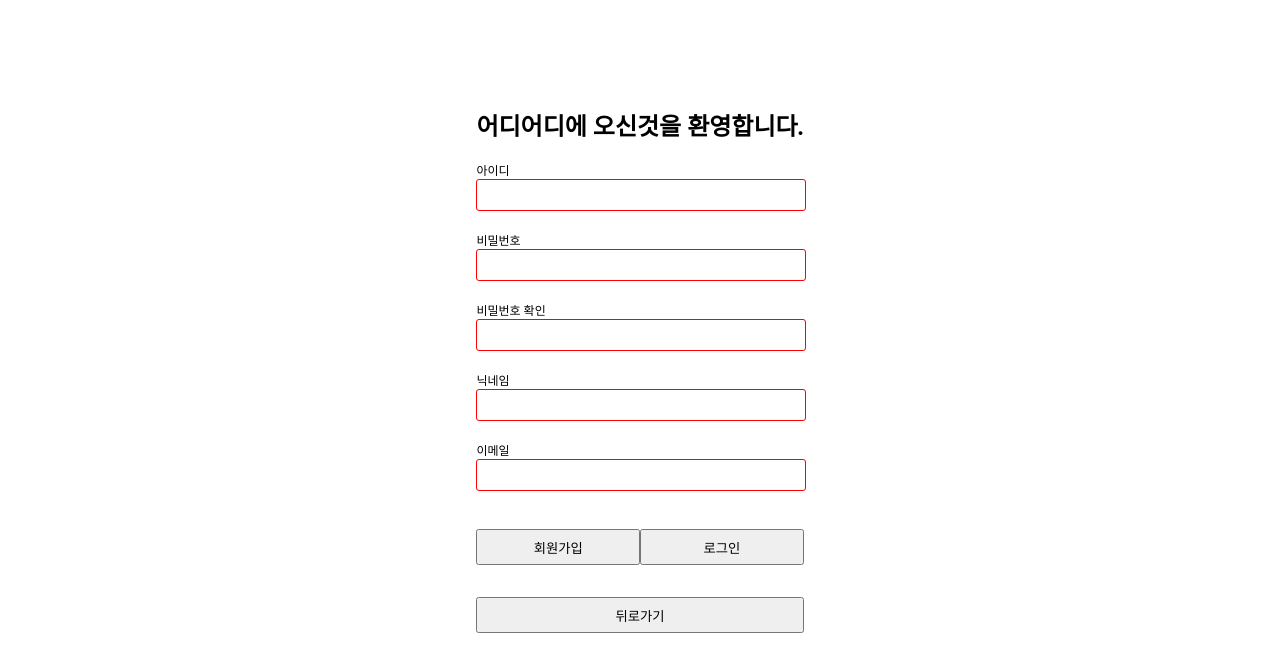
Repository: zzangyu/koreanFoodsProject
Page: http://localhost/koreanFoodsProject/koreanFoods/signUp.jsp
The author's editor kept a copy of each file at every save. The page is drawn from the files as they stood at one save, then again after the next save.
The browser window is 1280 px wide. The pictures show the whole page.
The page is served by Tomcat 9. Other server files are loaded and not shown.

Above is the page before, as saved 2022-12-29 07:43:37.

### koreanFoodsProject/src/main/webapp/koreanFoods/signUp.jsp
<%@ page language="java" contentType="text/html; charset=UTF-8"
    pageEncoding="UTF-8"%>
<!DOCTYPE html>
<html>
<head>
<meta charset="UTF-8">
<link type="text/css" rel="stylesheet" href="css/kFoods.css">
<title>Sign Up</title>
</head>
<body>
	<form action="" id="signUp">
		<div id="signUp_Wrap">
			<h2>어디어디에 오신것을 환영합니다.</h2>
			<div>
				<label class="signUp_textSize">아이디</label>
				<div>
					<input type="text" name="kf_id" class="signUp_input">
					<div class="signUp_check_textSize" id="signUp_idCheck"></div>
				</div>
			</div>
			<div>
				<label class="signUp_textSize">비밀번호</label>
				<div>
					<input type="password" name="kf_password" class="signUp_input">
					<div class="signUp_check_textSize" id="signUp_idCheck"></div>
				</div>
			</div>
			<div>
				<label class="signUp_textSize">비밀번호 확인</label>
				<div>
					<input type="password" name="kf_passwordCheck" class="signUp_input">
					<div class="signUp_check_textSize" id="signUp_idCheck"></div>
				</div>
			</div>
			<div>
				<label class="signUp_textSize">닉네임</label>
				<div>
					<input type="text" name="kf_nickname" class="signUp_input">
					<div class="signUp_check_textSize" id="signUp_nickCheck"></div>
				</div>
			</div>
			<div>
				<label class="signUp_textSize">이메일</label>
				<div>
					<input type="text" name="kf_email" class="signUp_input">
					<div class="signUp_check_textSize" id="signUp_emailCheck"></div>
				</div>
			</div>
			<button class="signUp_button1">회원가입</button><button class="signUp_button1">로그인</button>
			<button onclick="history.go(-1); return false;" class="signUp_button2">뒤로가기</button>
		</div>
	</form>
</body>
</html>

### koreanFoodsProject/src/main/webapp/koreanFoods/css/kFoods.css
@charset "UTF-8";
html, body {
	margin: 0;
	padding: 0;
	width: 100%;
	height: 100%;
}
a {
	text-decoration: none;
}
#loginButton {
	background-color: yellow;
}
#loginButton a {
	color: red;
}
#signUp {
	width: 100%;
	height: 100%;
	display: flex;
	justify-content: center;
	align-items: center;
}
.signUp_textSize {
	font-size: 12px;
}
.signUp_check_textSize {
	font-size: 10px;
	color: #999;
}
#signUp_Wrap h2 {
	text-align: center;
}
#signUp_Wrap > div {
	width: 100%;
	height: 70px;
}
.signUp_input {
	margin: 0;
    padding: 0 1%;
    width: 98%;
    height: 30px;
    border: 1px solid red;
    border-radius: 3px;
}
.signUp_button1 {
	width: 50%;
	height: 36px;
	margin-top: 18px;
}
.signUp_button2 {
	width: 100%;
	height: 36px;
	margin-top: 32px;
}

After the next save:
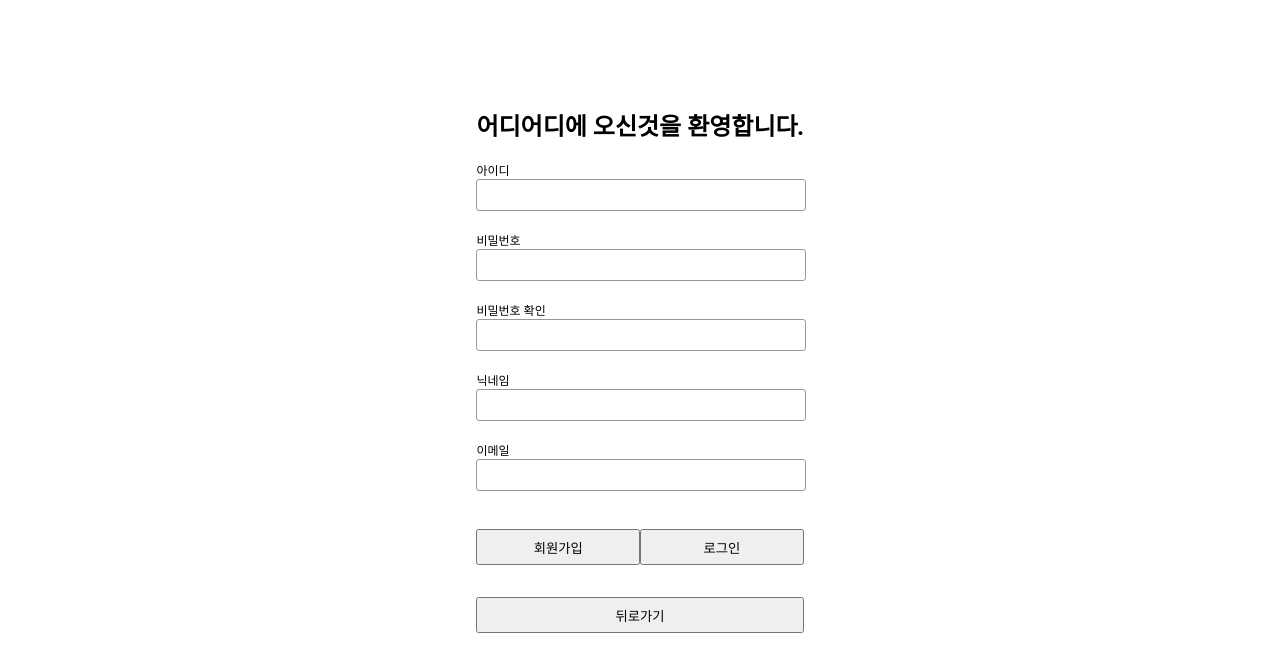
Saved 2 min 2 s later.
--- a/koreanFoodsProject/src/main/webapp/koreanFoods/css/kFoods.css
+++ b/koreanFoodsProject/src/main/webapp/koreanFoods/css/kFoods.css
@@ -40,7 +40,7 @@ a {
     padding: 0 1%;
     width: 98%;
     height: 30px;
-    border: 1px solid red;
+    border: 1px solid #999;
     border-radius: 3px;
 }
 .signUp_button1 {
